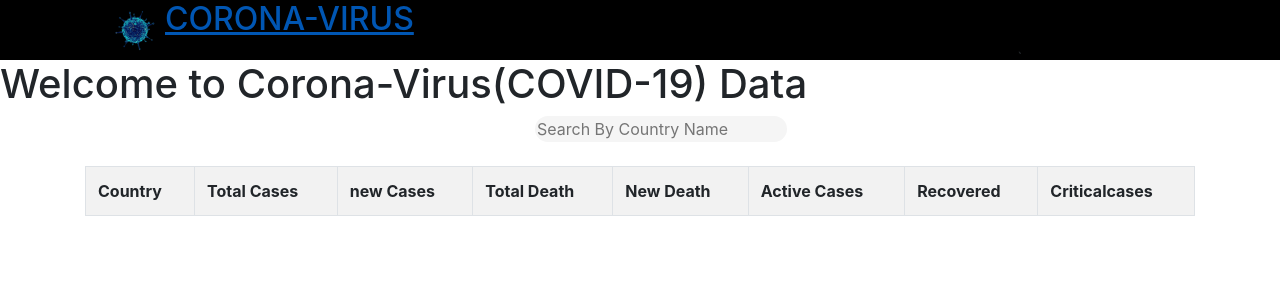
Repository: xthashankar/COVID-19-data-
Page: index.html
The author's editor kept a copy of each file at every save. The page is drawn from the files as they stood at one save, then again after the next save.
The browser window is 1280 px wide. The pictures show the whole page.
The page's requests for data from a server got no answer.

Above is the page before, as saved 2020-04-16 12:22:18.

After the next save:
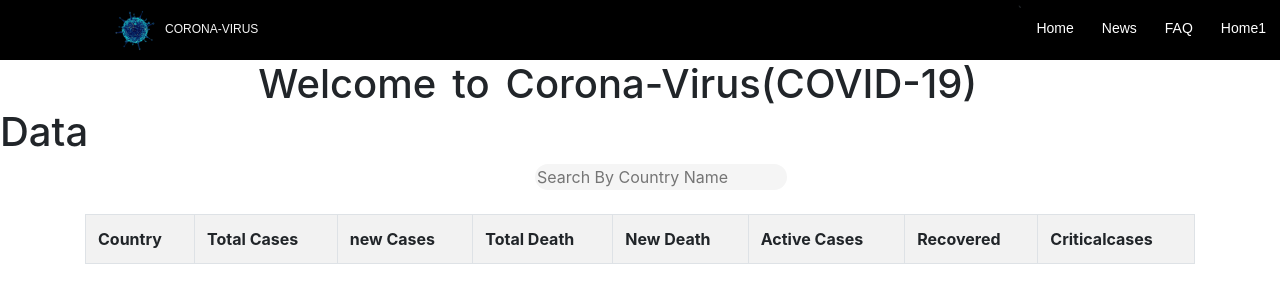
Saved 8 s later.
--- a/css/styles.css
+++ b/css/styles.css
@@ -74,7 +74,7 @@ nav img{
   float: left;
 }
 
-nav h5{
+nav h2{
   /*margin-left: 0px; */
   font-family:arial;
   color:whitesmoke;

After the save that followed:
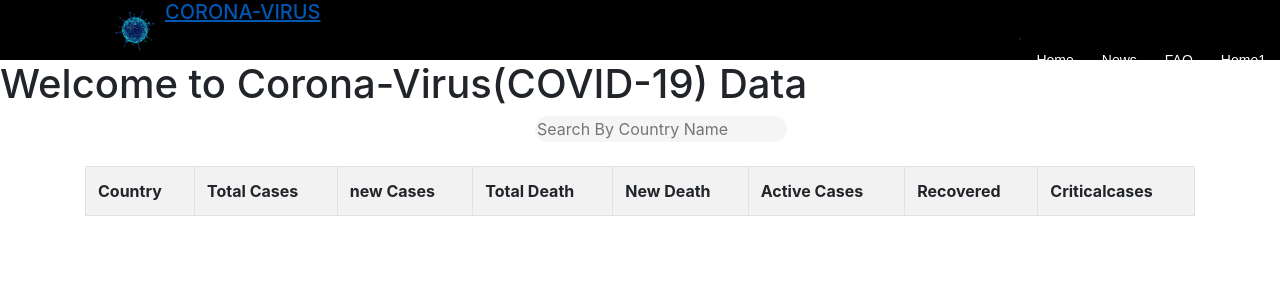
Saved 20 s later.
--- a/index.html
+++ b/index.html
@@ -16,7 +16,7 @@
        <a href="index.html">
             <img src="image/coronavirus.png" style="margin:5px;
             margin-left: 110px;">
-            <h2>CORONA-VIRUS</h2>
+            <h5>CORONA-VIRUS</h5>
         </a>
         <ul>
             <li><a  href="#">Home1</a></li>
